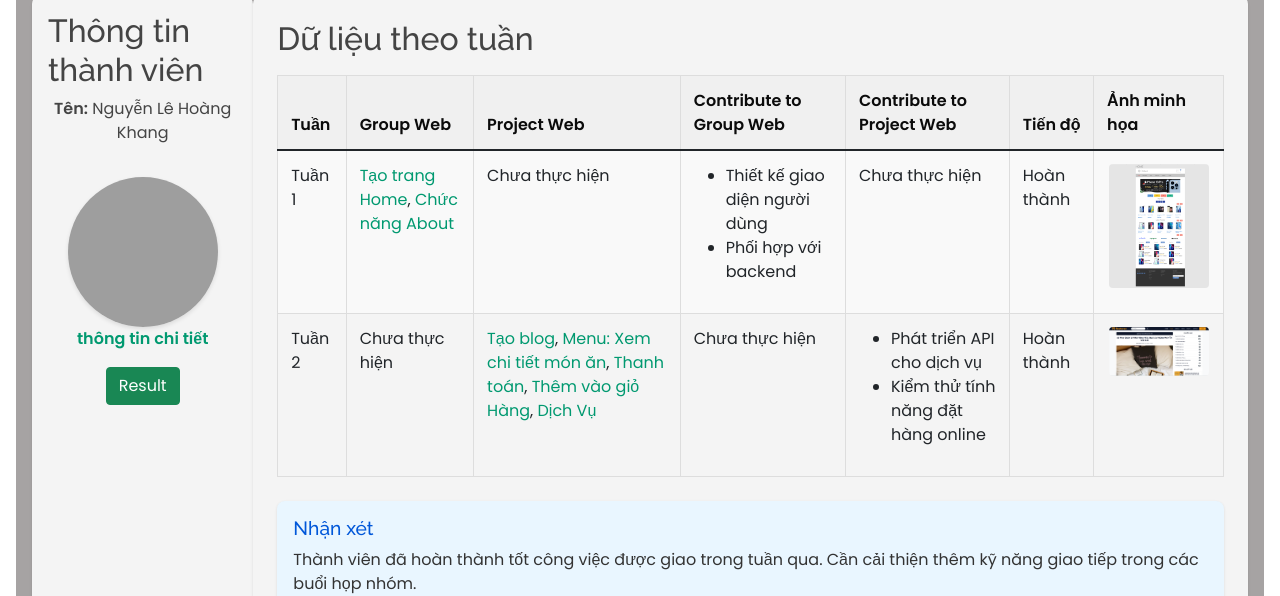
Repository: HoangKhangKhuPho4/Group_Web
Page: results.html
The author's editor kept a copy of each file at every save. The page is drawn from the files as they stood at one save, then again after the next save.
The browser window is 1280 px wide. The pictures show the part of the page from y = 1113 to 1709 px (the page is 3195 px tall before and 3143 px after).
Pictures or frames that could not be fetched are drawn as grey boxes. A picture or video elsewhere on the page could not be fetched, so the positions and the page height are approximate.

Above is the page before, as saved 2025-01-18 20:12:46.

### results.html
<!DOCTYPE html>
<html lang="en">
<head>
    <meta charset="UTF-8">
    <meta name="viewport" content="width=device-width, initial-scale=1.0">
    <title>Thông tin thành viên</title>
    <!-- Favicons -->
    <link href="assets/img/favicon.png" rel="icon" />
    <link href="assets/img/apple-touch-icon.png" rel="apple-touch-icon" />

    <!-- Google Fonts -->
    <link
      href="https://fonts.googleapis.com/css?family=Open+Sans:300,300i,400,400i,600,600i,700,700i|Raleway:300,300i,400,400i,500,500i,600,600i,700,700i|Poppins:300,300i,400,400i,500,500i,600,600i"
      rel="stylesheet"
    />

    <!-- Vendor CSS Files -->
    <link href="assets/vendor/aos/aos.css" rel="stylesheet" />
    <link
      href="assets/vendor/bootstrap/css/bootstrap.min.css"
      rel="stylesheet"
    />
    <link
      href="assets/vendor/bootstrap-icons/bootstrap-icons.css"
      rel="stylesheet"
    />
    <link href="assets/vendor/boxicons/css/boxicons.min.css" rel="stylesheet" />
    <link
      href="assets/vendor/glightbox/css/glightbox.min.css"
      rel="stylesheet"
    />
    <link href="assets/vendor/remixicon/remixicon.css" rel="stylesheet" />
    <link href="assets/vendor/swiper/swiper-bundle.min.css" rel="stylesheet" />

    <!-- Bootstrap Icons -->
    <link
      href="https://cdn.jsdelivr.net/npm/bootstrap-icons@1.10.5/font/bootstrap-icons.css"
      rel="stylesheet"
    />

    <!-- Template Main CSS File -->
    <link href="assets/css/style.css" rel="stylesheet" />
    <link rel="stylesheet" href="css\result.css">
</head>
<body>
    <!-- ======= Header ======= -->
    <header id="header" class="fixed-top d-flex align-items-center">
        <div class="container-header">
            <div class="header-container d-flex align-items-center justify-content-between">
                <div class="logo">
                    <h1 class="text-light">
                        <a href="index.html"><span>Group 15</span></a>
                    </h1>
                </div>

                <nav id="navbar" class="navbar">
                    <ul>
                        <li>
                            <a class="nav-link scrollto " href="index.html">Home</a>
                        </li>
                        <li><a class="nav-link scrollto" href="about.html">About</a></li>
                        <li>
                            <a class="nav-link scrollto" href="groupDiary.html">Group Diary</a>
                        </li>
                        <li>
                            <a class="nav-link scrollto" href="technical.html">Technical</a>
                        </li>
                        <li>
                            <a class="nav-link scrollto" href="styleguide.html">Style Guide</a>
                        </li>
                        <li>
                            <a class="nav-link scrollto active" href="results.html">Results</a>
                        </li>
                        <li>
                            <a class="nav-link scrollto" href="project.html">Project</a>
                        </li>
                        <li>
                            <a class="nav-link scrollto" href="contact.html">Contact</a>
                        </li>
                    </ul>
                    <i class="bi bi-list mobile-nav-toggle"></i>
                </nav>
                <!-- .navbar -->
            </div>
            <!-- End Header Container -->
        </div>
    </header>

    <div class="container-content">
        <div class="main-content">
            <div class="member-info">
                <h2>Thông tin thành viên</h2>
                <div class="member-card">
                    <p><strong>Tên:</strong> Dương Quốc Toàn</p>
                    <img src="assets/img/team/team-1.jpg" alt="Ảnh thành viên" class="member-photo">
                    <p><strong><a href="https://www.facebook.com/share/KgZ8NYxNgyUj9bbq/">thông tin chi tiết</a></strong></p>
                </div>
            </div>
            <div class="weekly-data">
                <h2>Dữ liệu theo tuần</h2>
                <table>
                    <thead>
                        <tr>
                            <th>Tuần</th>
                            <th>Công việc đã làm</th>
                            <th>Tiến độ</th>
                            <th>Ảnh minh họa</th>
                        </tr>
                    </thead>
                    <tbody>
                        <tr>
                            <td>Tuần 1</td>
                            <td>Tạo chức năng Group Diary</td>
                            <td>Hoàn thành</td>
                            <td>
                                <img src="img\project\groupDiary.png" alt="Ảnh tuần 1" class="week-photo">
                            </td>
                        </tr>
                        <tr>
                            <td>Tuần 2</td>
                            <td>Tạo home:giới thiệu món ăn, đầu bếp,các chương trình khuyến mãi</td>
                            <td>Đang thực hiện</td>
                            <td>
                                <img src="assets\img\project\Home_Group11_Figma.jpg" alt="Ảnh tuần 2" class="week-photo">
                            </td>
                        </tr>
                    </tbody>
                </table>
                <div class="feedback">
                    <h3>Nhận xét</h3>
                    <p>Thành viên đã hoàn thành tốt công việc được giao trong tuần qua. Cần cải thiện thêm kỹ năng giao tiếp trong các buổi họp nhóm.</p>
                </div>
            </div>
        </div>
        <div class="main-content">
            <div class="member-info">
                <h2>Thông tin thành viên</h2>
                <div class="member-card">
                    <p><strong>Tên:</strong> Đặng Thị Mỹ Hạnh</p>
                    <img src="assets/img/team/team-2.jpg" alt="Ảnh thành viên" class="member-photo">
                    <p><strong><a href="https://www.facebook.com/profile.php?id=100024623842401">thông tin chi tiết</a></strong></p>
                </div>
            </div>
            <div class="weekly-data">
                <h2>Dữ liệu theo tuần</h2>
                <table>
                    <thead>
                        <tr>
                            <th>Tuần</th>
                            <th>Công việc đã làm</th>
                            <th>Tiến độ</th>
                            <th>Ảnh minh họa</th>
                        </tr>
                    </thead>
                    <tbody>
                        <tr>
                            <td>Tuần 1</td>
                            <td>Tạo chức năng Style Guide, Result</td>
                            <td>Hoàn thành</td>
                            <td>
                                <img src="img\project\styleGiay.png" alt="Ảnh tuần 1" class="week-photo">
                            </td>
                        </tr>
                        <tr>
                            <td>Tuần 2</td>
                            <td>Tạo chức năng contact, đặt hàng online</td>
                            <td>Đang thực hiện</td>
                            <td>
                                <img src="img\project\contactFigma.jpg" alt="Ảnh tuần 2" class="week-photo">
                            </td>
                        </tr>
                    </tbody>
                </table>
                <div class="feedback">
                    <h3>Nhận xét</h3>
                    <p>Thành viên đã hoàn thành tốt công việc được giao trong tuần qua. Cần cải thiện thêm kỹ năng giao tiếp trong các buổi họp nhóm.</p>
                </div>
            </div>
        </div>
<!-- ...existing code... -->
<div class="main-content">
    <div class="member-info">
        <h2>Thông tin thành viên</h2>
        <div class="member-card">
            <p><strong>Tên:</strong> Nguyễn Lê Hoàng Khang</p>
            <img src="assets/img/team/team-3.png" alt="Ảnh thành viên" class="member-photo">
            <p><strong><a href="https://www.facebook.com/profile.php?id=100088292157574&locale=vi_VN">thông tin chi tiết</a></strong></p>
            <p><strong><a href="result.html" class="btn btn-success">Result</a></strong></p>
        </div>
    </div>
    <div class="weekly-data">
        <h2>Dữ liệu theo tuần</h2>
        <table class="table table-bordered">
            <thead>
                <tr>
                    <th>Tuần</th>
                    <th>Group Web</th>
                    <th>Project Web</th>
                    <th>Contribute to Group Web</th>
                    <th>Contribute to Project Web</th>
                    <th>Tiến độ</th>
                    <th>Ảnh minh họa</th>
                </tr>
            </thead>
            <tbody>
                <tr>
                    <td>Tuần 1</td>
                    <td>
                        <a href="home.html">Tạo trang Home</a>,
                        <a href="about.html">Chức năng About</a>
                    </td>
                    <td>Chưa thực hiện</td>
                    <td>
                        <ul>
                            <li>Thiết kế giao diện người dùng</li>
                            <li>Phối hợp với backend</li>
                        </ul>
                    </td>
                    <td>Chưa thực hiện</td>
                    <td>Hoàn thành</td>
                    <td>
                        <img src="img/project/home.png" alt="Ảnh tuần 1" class="week-photo">
                    </td>
                </tr>
                <tr>
                    <td>Tuần 2</td>
                    <td>Chưa thực hiện</td>
                    <td>
                        <a href="blog.html">Tạo blog</a>,
                        <a href="menu.html">Menu: Xem chi tiết món ăn</a>,
                        <a href="payment.html">Thanh toán</a>,
                        <a href="cart.html">Thêm vào giỏ Hàng</a>,
                        <a href="service.html">Dịch Vụ</a>
                    </td>
                    <td>Chưa thực hiện</td>
                    <td>
                        <ul>
                            <li>Phát triển API cho dịch vụ</li>
                            <li>Kiểm thử tính năng đặt hàng online</li>
                        </ul>
                    </td>
                    <td>Hoàn thành</td>
                    <td>
                        <img src="img/project/bolg.png" alt="Ảnh tuần 2" class="week-photo">
                    </td>
                </tr>
                <!-- Thêm các hàng khác nếu cần -->
            </tbody>
        </table>
        <div class="feedback">
            <h3>Nhận xét</h3>
            <p>Thành viên đã hoàn thành tốt công việc được giao trong tuần qua. Cần cải thiện thêm kỹ năng giao tiếp trong các buổi họp nhóm.</p>
        </div>
    </div>
</div>
<!-- ...existing code... -->
        <div class="main-content">
            <div class="member-info">
                <h2>Thông tin thành viên</h2>
                <div class="member-card">
                    <p><strong>Tên:</strong> Võ Hoàng Nam</p>
                    <img src="assets/img/team/team-4.jpg" alt="Ảnh thành viên" class="member-photo">
                    <p><strong><a href="https://www.facebook.com/profile.php?id=100053449847355&mibextid=kFxxJD">thông tin chi tiết</a></strong></p>
                </div>
            </div>
            <div class="weekly-data">
                <h2>Dữ liệu theo tuần</h2>
                <table>
                    <thead>
                        <tr>
                            <th>Tuần</th>
                            <th>Công việc đã làm</th>
                            <th>Tiến độ</th>
                            <th>Ảnh minh họa</th>
                        </tr>
                    </thead>
                    <tbody>
                        <tr>
                            <td>Tuần 1</td>
                            <td>Tạo chức năng Project</td>
                            <td>Hoàn thành</td>
                            <td>
                                <img src="img\project\project.png" alt="Ảnh tuần 1" class="week-photo">
                            </td>
                        </tr>
                        <tr>
                            <td>Tuần 2</td>
                            <td>Tạo chức năng book a table, search</td>
                            <td>Hoàn thành</td>
                            <td>
                                <img src="img\project\bookATable.png" alt="Ảnh tuần 2" class="week-photo">
                            </td>
                        </tr>
                    </tbody>
                </table>
                <div class="feedback">
                    <h3>Nhận xét</h3>
                    <p>Thành viên đã hoàn thành tốt công việc được giao trong tuần qua. Cần cải thiện thêm kỹ năng giao tiếp trong các buổi họp nhóm.</p>
                </div>
            </div>
        </div>
        <div class="main-content">
            <div class="member-info">
                <h2>Thông tin thành viên</h2>
                <div class="member-card">
                    <p><strong>Tên:</strong> Hà Huy Dũng</p>
                    <img src="assets/img/team/team-5.jpg" alt="Ảnh thành viên" class="member-photo">
                    <p><strong><a href="https://www.facebook.com/profile.php?id=100010432057735">thông tin chi tiết</a></strong></p>
                </div>
            </div>
            <div class="weekly-data">
                <h2>Dữ liệu theo tuần</h2>
                <table>
                    <thead>
                        <tr>
                            <th>Tuần</th>
                            <th>Công việc đã làm</th>
                            <th>Tiến độ</th>
                            <th>Ảnh minh họa</th>
                        </tr>
                    </thead>
                    <tbody>
                        <tr>
                            <td>Tuần 1</td>
                            <td>Tạo chức năng Technical, contact</td>
                            <td>Hoàn thành</td>
                            <td>
                                <img src="img\project\contact.png" alt="Ảnh tuần 1" class="week-photo">
                            </td>
                        </tr>
                        <tr>
                            <td>Tuần 2</td>
                            <td>Tạo chức năng login, thông tin khách hàng</td>
                            <td>Hoàn thành</td>
                            <td>
                                <img src="img\project\login1.jpg" alt="Ảnh tuần 2" class="week-photo">
                            </td>
                        </tr>
                    </tbody>
                </table>
                <div class="feedback">
                    <h3>Nhận xét</h3>
                    <p>Thành viên đã hoàn thành tốt công việc được giao trong tuần qua. Cần cải thiện thêm kỹ năng giao tiếp trong các buổi họp nhóm.</p>
                </div>
            </div>
        </div>
        <!-- End Contact Section -->
    <footer id="footer">
        <div class="footer-container">
            <div class="footer-column">
                <h4>About Us</h4>
                <p>
                    We are a team of passionate individuals dedicated to delivering the
                    best services to our clients. Our mission is to provide innovative
                    solutions and exceptional customer service.
                </p>
            </div>
            <div class="footer-column">
                <h4>Useful Links</h4>
                <ul>
                    <li><a href="index.html">Home</a></li>
                    <li><a href="about.html">About Us</a></li>
                    <li><a href="services.html">Services</a></li>
                    <li><a href="terms.html">Terms of Service</a></li>
                    <li><a href="privacy.html">Privacy Policy</a></li>
                </ul>
            </div>
            <div class="footer-column">
                <h4>Services</h4>
                <ul>
                    <li><a href="#">Web Design</a></li>
                    <li><a href="#">Web Development</a></li>
                    <li><a href="#">Marketing</a></li>
                    <li><a href="#">Graphic Design</a></li>
                    <li><a href="#">Technical Support</a></li>
                </ul>
            </div>
            <div class="footer-column">
                <h4>Contact Us</h4>
                <p>
                    123 ABC Street, XYZ District<br />
                    City, Country<br />
                    Phone: +84 123 456 789<br />
                    Email: info@example.com
                </p>
            </div>
        </div>
    </footer>
        <div class="footer-bottom">
            <div class="container d-md-flex py-4">
                <div class="me-md-auto text-center text-md-start">
                    <div class="copyright">
                        &copy; Copyright <strong><span>Group 15</span></strong>. All Rights Reserved
                    </div>
                    <div class="credits">Designed by <a href="#">Group 15</a></div>
                </div>
                <div class="social-links text-center text-md-right pt-3 pt-md-0">
                    <a href="#" class="twitter" title="Twitter"><i class="bx bxl-twitter"></i></a>
                    <a href="#" class="facebook" title="Facebook"><i class="bx bxl-facebook"></i></a>
                    <a href="#" class="instagram" title="Instagram"><i class="bx bxl-instagram"></i></a>
                    <a href="#" class="google-plus" title="Skype"><i class="bx bxl-skype"></i></a>
                    <a href="#" class="linkedin" title="LinkedIn"><i class="bx bxl-linkedin"></i></a>
                </div>
            </div>
        </div>


</div>
</body>

</html>

### css/result.css
/* styles.css */
body {
    font-family: Arial, sans-serif;
    margin: 0;
    padding: 0;
    background-color: #f9f9f9;
    font-family: 'Poppins', sans-serif;
    background-color: #f8f9fa;
}
header#header {
    height: 80px; /* Chiều cao header */
    position: fixed;
    top: 0;
    left: 0;
    width: 100%;
    z-index: 1000;
    background-color: #fff; /* Đặt màu nền để header không bị trong suốt */
    box-shadow: 0 2px 4px rgba(0, 0, 0, 0.1); /* Tùy chọn: thêm bóng cho header */
}
.container-header {
    max-width: 1200px;
    margin: 0 auto;
    padding: 1rem; margin;
    background: white;
    border-radius: 8px;
    top: 0;
    left: 0;
    width: 100%;
    height: 80px; /* hoặc chiều cao tùy ý */
    position: fixed; /* Đảm bảo header cố định */
    z-index: 1000; /* Giữ header luôn trên cùng */
}
.container-content {
    margin: 0 auto;
    padding: 1rem;
    background: white;
    margin-top: 50px;
    border-radius: 8px;
}

.main-content {
    display: flex;
    background-color: #a6a3a3;
    padding-top: 0;
    padding: 1rem;

}
.member-info {
    flex: 0.5;
    background: #f4f4f4;
    padding: 1rem;
    box-shadow: 0 1px 3px rgba(0, 0, 0, 0.1);
    border-radius: 8px;
}
.member-card {
    text-align: center;
}
.member-photo {
    width: 150px;
    height: 150px;
    border-radius: 50%;
    margin-top: 1rem;
    box-shadow: 0 2px 4px rgba(0, 0, 0, 0.1);
}
.weekly-data {
    flex: 2.5;
    background: #f4f4f4;
    padding: 1.5rem;
    border-radius: 8px;
    box-shadow: 0 1px 3px rgba(0, 0, 0, 0.1);
}
table {
    text-align: center;
    width: 100%;
    border-collapse: collapse;
    margin-top: 1rem;
}
thead {
    background-color: #0057D9;
    color: rgb(11, 11, 11);
}
th, td {
    padding: 0.75rem;
    text-align: left;
    border: 1px solid #ddd;
}
.week-photo {
    width: 100px;
    height: auto;
    border-radius: 4px;
    display: block;
    margin: 0 auto;
}
tbody tr:nth-child(odd) {
    background-color: #f9f9f9;
}
tbody tr:nth-child(even) {
    background-color: #f4f4f4;
}
.weekly-data th, .weekly-data td {
    padding: 0.8rem;
    border: 1px solid #ddd;
    text-align: left;
}
.weekly-data th {
    background-color: #f0f0f0;
    font-weight: bold;
}
.feedback {
    margin-top: 1.5rem;
    padding: 1rem;
    background: #e9f6ff;
    border-radius: 8px;
    box-shadow: 0 1px 3px rgba(0, 0, 0, 0.1);
}
.feedback h3 {
    font-size: 1.2rem;
    margin-bottom: 0.5rem;
    color: #0057D9;
}
.feedback p {
    font-size: 1rem;
    line-height: 1.5;
    color: #333;
}
.footer {
    text-align: center;
    padding: 1rem;
    margin-top: 2rem;
    background: #0057D9;
    color: white;
    border-radius: 0 0 8px 8px;
}

Loaded but not shown: assets/vendor/aos/aos.css (library); assets/vendor/bootstrap/css/bootstrap.min.css (library); assets/vendor/bootstrap-icons/bootstrap-icons.css (library); assets/vendor/boxicons/css/boxicons.min.css (library); assets/vendor/glightbox/css/glightbox.min.css (library); assets/vendor/remixicon/remixicon.css (library); assets/vendor/swiper/swiper-bundle.min.css (library); assets/css/style.css (862 lines, source omitted)

After the next save:
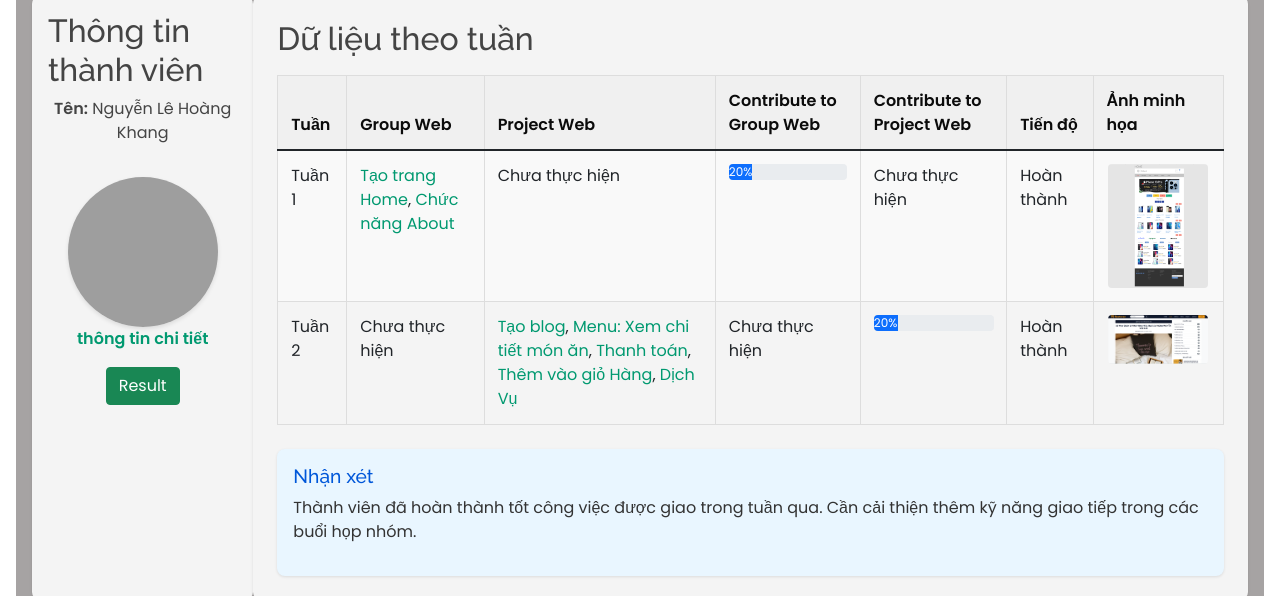
Saved 3 min 27 s later.
--- a/results.html
+++ b/results.html
@@ -211,10 +211,9 @@
                     </td>
                     <td>Chưa thực hiện</td>
                     <td>
-                        <ul>
-                            <li>Thiết kế giao diện người dùng</li>
-                            <li>Phối hợp với backend</li>
-                        </ul>
+                        <div class="progress">
+                            <div class="progress-bar" role="progressbar" style="width: 20%;" aria-valuenow="20" aria-valuemin="0" aria-valuemax="100">20%</div>
+                        </div>
                     </td>
                     <td>Chưa thực hiện</td>
                     <td>Hoàn thành</td>
@@ -234,17 +233,15 @@
                     </td>
                     <td>Chưa thực hiện</td>
                     <td>
-                        <ul>
-                            <li>Phát triển API cho dịch vụ</li>
-                            <li>Kiểm thử tính năng đặt hàng online</li>
-                        </ul>
+                        <div class="progress">
+                            <div class="progress-bar" role="progressbar" style="width: 20%;" aria-valuenow="20" aria-valuemin="0" aria-valuemax="100">20%</div>
+                        </div>
                     </td>
                     <td>Hoàn thành</td>
                     <td>
                         <img src="img/project/bolg.png" alt="Ảnh tuần 2" class="week-photo">
                     </td>
                 </tr>
-                <!-- Thêm các hàng khác nếu cần -->
             </tbody>
         </table>
         <div class="feedback">
